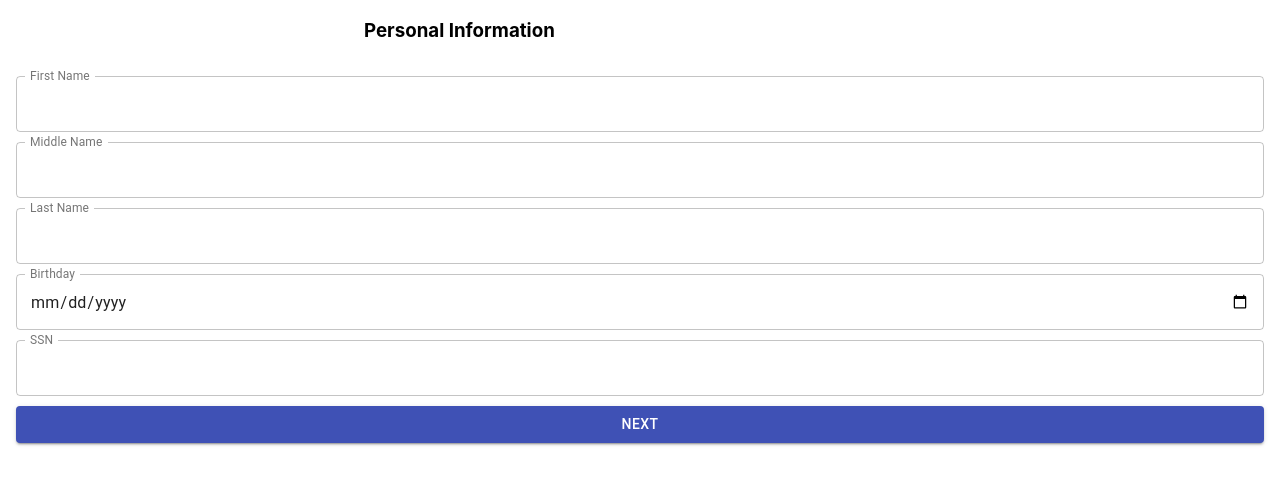
Repository: chathuraedirisingh/rr
Page: /
These files come from the project's save history. The page is drawn as it stood at one moment and after the next save; the edit follows.
The browser window is 1280 px wide. The pictures show the whole page.
The project was rebuilt for these pictures with package versions that can differ from the ones it lists, and the page was loaded fresh each time. Also part of the build but not shown: src/components/FormContactDetails.js, src/components/FormEmployerDetails.js, src/components/Confirm.js.

Above is the page before, as saved 2019-12-18 02:31:22.

### src/App.js
import React, { Component } from 'react'
import UserForm from './components/UserForm'

export default class App extends Component {
  render() {
    return (
      <UserForm />
    )
  }
}

### src/components/UserForm.js
import React, { Component } from 'react'
import FormPersonalDetails from './FormPersonalDetails';
import FormContactDetails from './FormContactDetails';
import FormEmployerDetails from './FormEmployerDetails';
import Confirm from './Confirm';

export default class UserForm extends Component {
    state = {
        step: 1,
        firstname: "",
        middlename: "",
        lastname: "",
        birthday: '',
        ssn: "",
        email: "",
        phone: "",
        address: "",
        city: "",
        state: "",
        zip: "",
        employed: "",
        employer_name: "",
        job_title: "",
        emp_phone: "",
        income: "",
        start_date: "",
        income_ext: ""
    };

    nextStep = () => {
        const { step } = this.state;
        this.setState({
            step: step + 1
        });
        console.log(this.state);
    };

    prevStep = () => {
        const { step } = this.state;
        this.setState({
            step: step - 1
        });
    };

    handleChange = input => e => {
        this.setState({
            [input]: e.target.value
        });
    };

    render() {
        const { step } = this.state;
        const {
            firstname,
            middlename,
            lastname,
            birthday,
            ssn,

            email,
            phone,
            address,
            city,
            state,
            zip,

            employed,
            employer_name,
            job_title,
            emp_phone,
            income,
            start_date,
            income_ext
        } = this.state;

        const values = {
            firstname,
            middlename,
            lastname,
            birthday,
            ssn,
            email,
            phone,
            address,
            city,
            state,
            zip,
            employed,
            employer_name,
            job_title,
            emp_phone,
            income,
            start_date,
            income_ext
        };

        switch (step) {
            case 1:
                return (
                    <FormPersonalDetails
                        nextStep={this.nextStep}
                        handleChange={this.handleChange}
                        values={values}
                    />
                )

            case 2:
                return (
                    <FormContactDetails
                        nextStep={this.nextStep}
                        prevStep={this.prevStep}
                        handleChange={this.handleChange}
                        values={values}
                    />
                )
            case 3:
                return (
                    <FormEmployerDetails
                        nextStep={this.nextStep}
                        prevStep={this.prevStep}
                        handleChange={this.handleChange}
                        values={values}
                    />
                )

                case 4:
                return (
                    <Confirm
                        nextStep={this.nextStep}
                        prevStep={this.prevStep}
                        handleChange={this.handleChange}
                        values={values}
                    />
                )
        }

        return (
            <div>

            </div>
        )
    }
}

### src/components/FormPersonalDetails.js
import React, { Component, Fragment, useState } from "react";
import { Button, TextField, Container, Box } from "@material-ui/core";


export default class FormPersonalDetails extends Component {
    continue = e => {
        e.preventDefault();
        this.props.nextStep();
    };

    render() {

        const { values, handleChange } = this.props;
        return (
            <Fragment>
                <div style={{ width: '100%' }}>
                    <Container style={{alignContent:'center', alignItems:'center'}} maxWidth="sm">
                        <h3>Personal Information</h3>
                    </Container>

                    <Box display="flex"
                        flexDirection="column"
                        p={1} m={1}
                        bgcolor="background.paper">
                        <TextField
                            style={{ marginBottom: 10 }}
                            label="First Name"
                            variant="outlined"
                            onChange={handleChange('firstname')}
                            defaultValue={values.firstname}
                            InputLabelProps={{
                                shrink: true,
                            }} />
                        <TextField
                            style={{ marginBottom: 10 }}
                            label="Middle Name"
                            variant="outlined"
                            onChange={handleChange('middlename')}
                            defaultValue={values.firstname}
                            InputLabelProps={{
                                shrink: true,
                            }} />
                        <TextField
                            style={{ marginBottom: 10 }}
                            label="Last Name"
                            variant="outlined"
                            onChange={handleChange('lastname')}
                            defaultValue={values.firstname}
                            InputLabelProps={{
                                shrink: true,
                            }} />
                        <TextField
                            style={{ marginBottom: 10 }}
                            id="date"
                            type="date"
                            label="Birthday"
                            variant="outlined"
                            onChange={handleChange('birthday')}
                            defaultValue={values.birthday}
                            InputLabelProps={{
                                shrink: true,
                            }}
                        />

                        <TextField
                            style={{ marginBottom: 10 }}
                            label="SSN"
                            variant="outlined"
                            onChange={handleChange('ssn')}
                            defaultValue={values.ssn}
                            InputLabelProps={{
                                shrink: true,
                            }} />
                        <Button
                            style={{ marginBottom: 10 }}
                            variant="contained"
                            color="primary"
                            href="#contained-buttons"
                            onClick={this.continue} >Next</Button>
                    </Box>

                </div>
            </Fragment>
        )
    }
}

Loaded but not shown: public/index.html (common file); src/index.js (common file); src/index.css (common file); src/serviceWorker.js (common file)

After the next save:
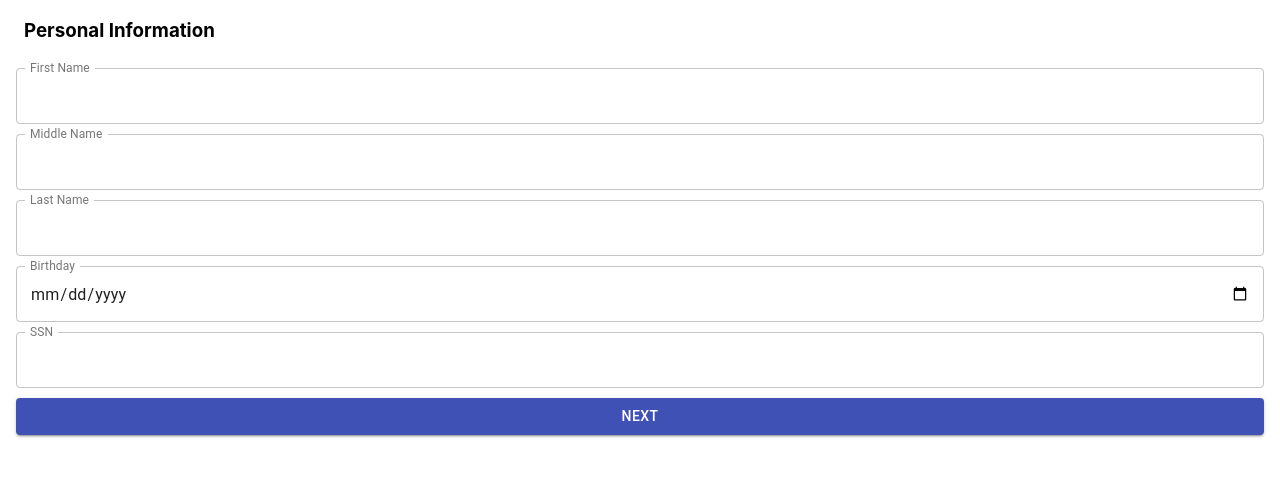
Saved 15 s later.
--- a/src/components/FormPersonalDetails.js
+++ b/src/components/FormPersonalDetails.js
@@ -14,7 +14,7 @@ export default class FormPersonalDetails extends Component {
         return (
             <Fragment>
                 <div style={{ width: '100%' }}>
-                    <Container style={{alignContent:'center', alignItems:'center'}} maxWidth="sm">
+                    <Container >
                         <h3>Personal Information</h3>
                     </Container>
 
